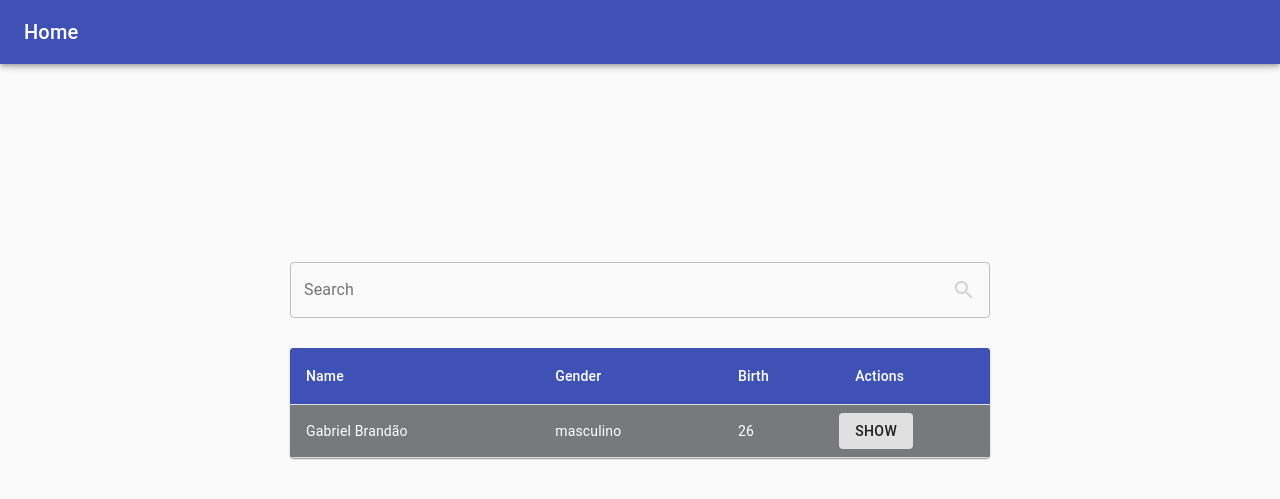
Repository: GabrielBrandaoProjetos/patient-manager
Page: /
The author's editor kept a copy of each file at every save. The page is drawn from the files as they stood at one save, then again after the next save.
The browser window is 1280 px wide. The pictures show the whole page.
The project was rebuilt for these pictures with package versions that can differ from the ones it lists, and the page was loaded fresh each time.

Above is the page before, as saved 2021-09-14 14:33:06.

After the next save:
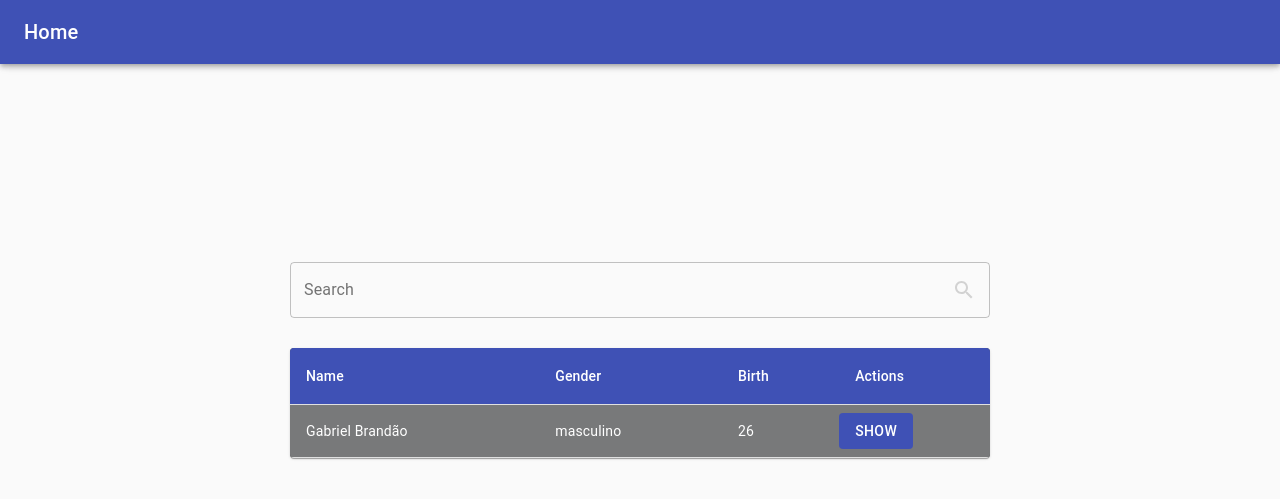
Saved 31 s later.
--- a/src/pages/Home/Home.tsx
+++ b/src/pages/Home/Home.tsx
@@ -100,7 +100,7 @@ export const Home = () => {
               <TableCell className={classes.cell}>masculino</TableCell>
               <TableCell className={classes.cell}>26</TableCell>
               <TableCell className={classes.actions}>
-                <Button variant="contained" disableElevation>Show</Button>
+                <Button variant="contained" color="primary" disableElevation>Show</Button>
               </TableCell>
             </TableRow>
 
